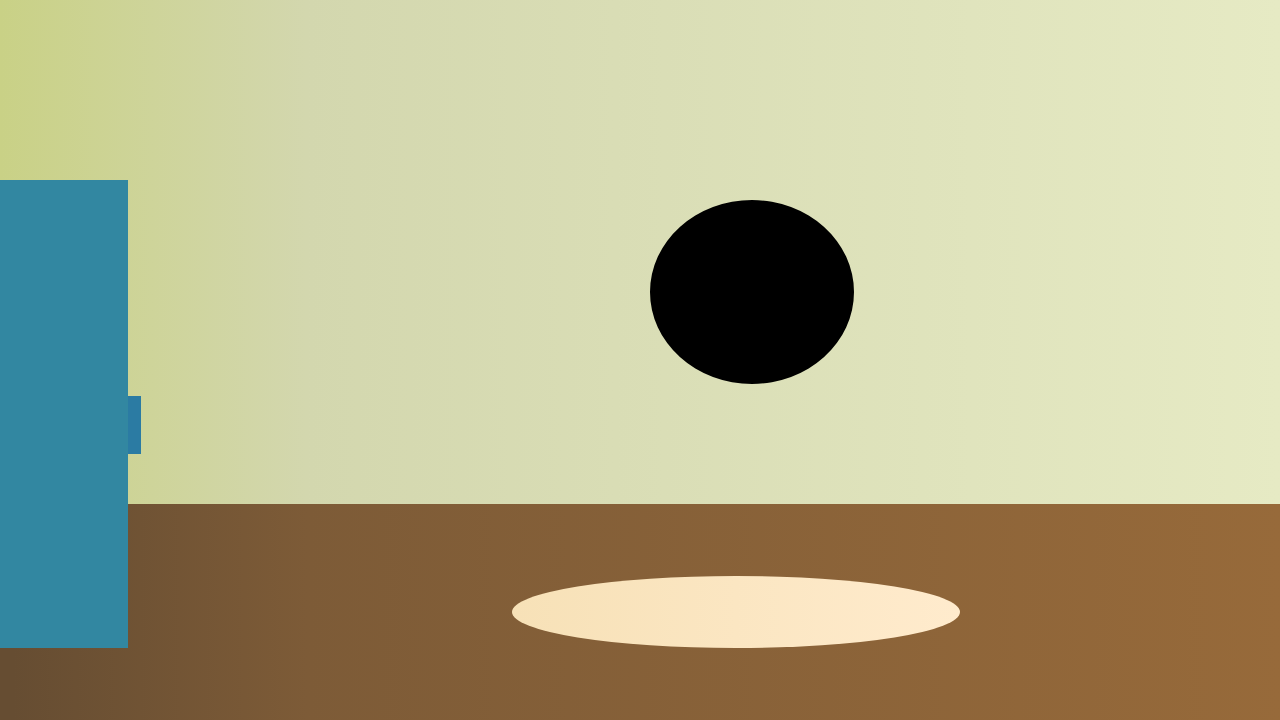
Repository: SandyLy453/COMP-2170-team-project
Page: index.html
These files come from the project's save history. The page is drawn as it stood at one moment and after the next save; the edit follows.
The browser window is 1280 px wide. The pictures show the whole page.

Above is the page before, as saved 2024-05-03 12:18:44.

After the next save:
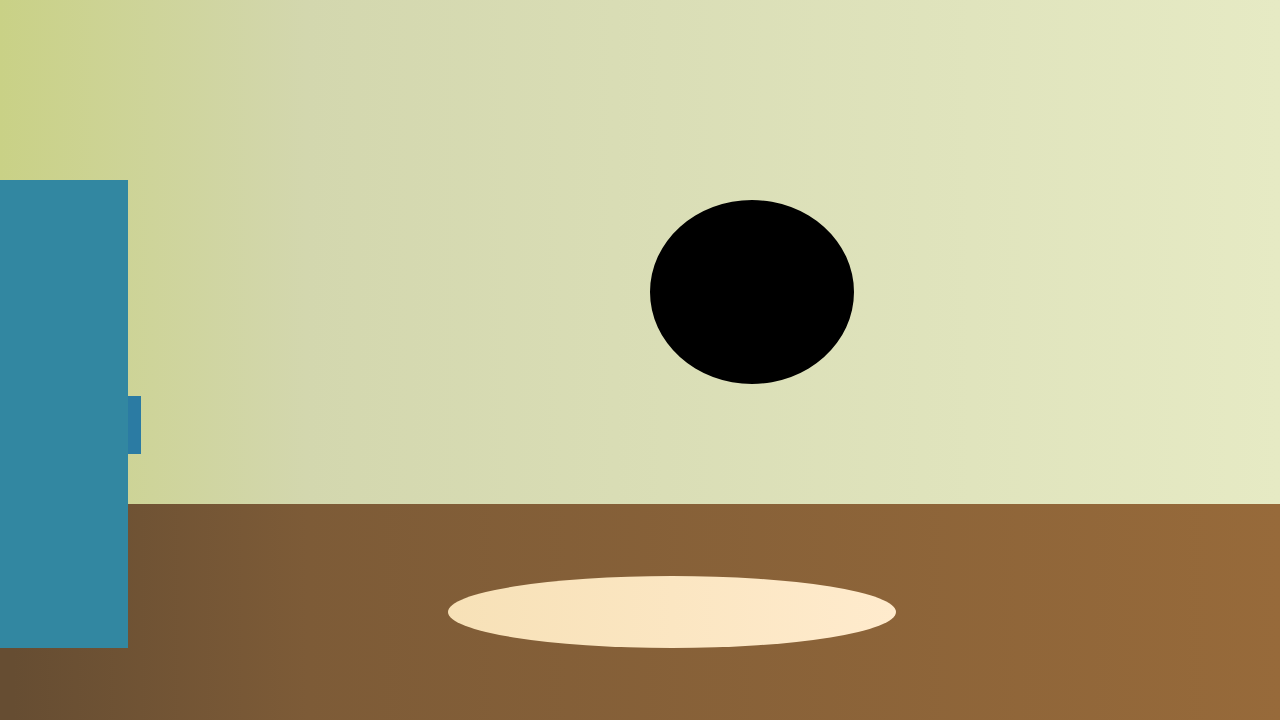
Saved 26 s later.
--- a/styles.css
+++ b/styles.css
@@ -45,7 +45,7 @@
     background: linear-gradient(90deg, rgba(247,225,183,1) 0%, rgba(255,235,205,1) 100%);
     position: absolute;
     bottom: 10vh;
-    right: 25vw;
+    right: 30vw;
 }
 
 .window {}
@@ -71,5 +71,7 @@
     border-top-left-radius: 90px;
     border-top-right-radius: 10px;
     transform: rotate(-45deg);
-    border-left: 35
+    border-left: 35px solid;
+    border-right: 35px solid;
+
 }
